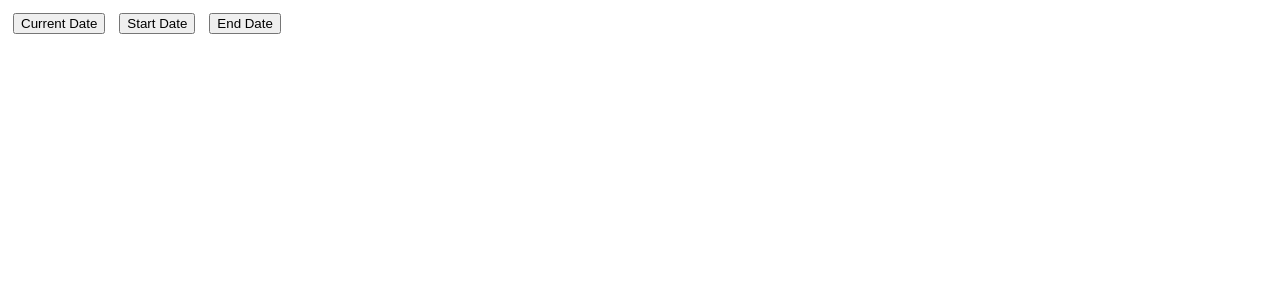
Repository: VishwaGoswami1407/30-Days-JS-Challange
Page: test.html
These files come from the project's save history. The page is drawn as it stood at one moment and after the next save; the edit follows.
The browser window is 1280 px wide. The pictures show the whole page.

Above is the page before, as saved 2024-08-06 07:54:42.

### test.html
<!DOCTYPE html>
<html lang="en">
<head>
    <meta charset="UTF-8">
    <meta name="viewport" content="width=device-width, initial-scale=1.0">
    <title>Date Calculation</title>
    <style>
        button {
            margin: 5px;
        }
        #output {
            margin-top: 20px;
        }
    </style>
</head>
<body>
    <button onclick="showCurrentDate()">Current Date</button>
    <button onclick="setStartDate()">Start Date</button>
    <button onclick="setEndDate()">End Date</button>

    <div id="output"></div>

    <script>
        let startDate = null;
        let endDate = null;

        function showCurrentDate() {
            const currentDate = new Date();
            document.getElementById('output').innerHTML = `Current Date: ${currentDate.toDateString()}`;
        }

        function setStartDate() {
            startDate = prompt("Enter Start Date (YYYY-MM-DD):");
            document.getElementById('output').innerHTML = `Start Date: ${new Date(startDate).toDateString()}`;
        }

        function setEndDate() {
            endDate = prompt("Enter End Date (YYYY-MM-DD):");
            document.getElementById('output').innerHTML += `<br>End Date: ${new Date(endDate).toDateString()}`;
            calculateDaysAndMonths();
            countWeekdays();
        }

        function calculateDaysAndMonths() {
            if (startDate && endDate) {
                const start = new Date(startDate);
                const end = new Date(endDate);
                const timeDifference = end - start;
                const daysDifference = timeDifference / (1000 * 3600 * 24);
                const monthsDifference = (end.getFullYear() - start.getFullYear()) * 12 + (end.getMonth() - start.getMonth());

                document.getElementById('output').innerHTML += `<br>Total Days: ${daysDifference}`;
                document.getElementById('output').innerHTML += `<br>Total Months: ${monthsDifference}`;
            } else {
                alert("Please set both Start Date and End Date.");
            }
        }

        function countWeekdays() {
            if (startDate && endDate) {
                const start = new Date(startDate);
                const end = new Date(endDate);
                const dayCounts = Array(7).fill(0);
                const dayNames = ["Sunday", "Monday", "Tuesday", "Wednesday", "Thursday", "Friday", "Saturday"];

                for (let d = start; d <= end; d.setDate(d.getDate() + 1)) {
                    dayCounts[d.getDay()]++;
                }

                let output = '<br>Weekday Counts:';
                for (let i = 0; i < 7; i++) {
                    output += `<br>${dayNames[i]}: ${dayCounts[i]}`;
                }

                document.getElementById('output').innerHTML += output;
            }
        }
    </script>
</body>
</html>

After the next save:
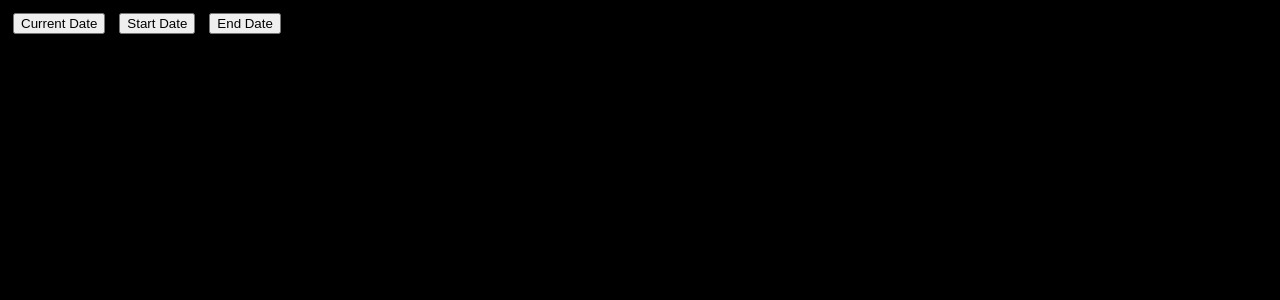
Saved 2 min 2 s later.
--- a/test.html
+++ b/test.html
@@ -13,7 +13,7 @@
         }
     </style>
 </head>
-<body>
+<body style="background-color: black; color: white;">
     <button onclick="showCurrentDate()">Current Date</button>
     <button onclick="setStartDate()">Start Date</button>
     <button onclick="setEndDate()">End Date</button>
